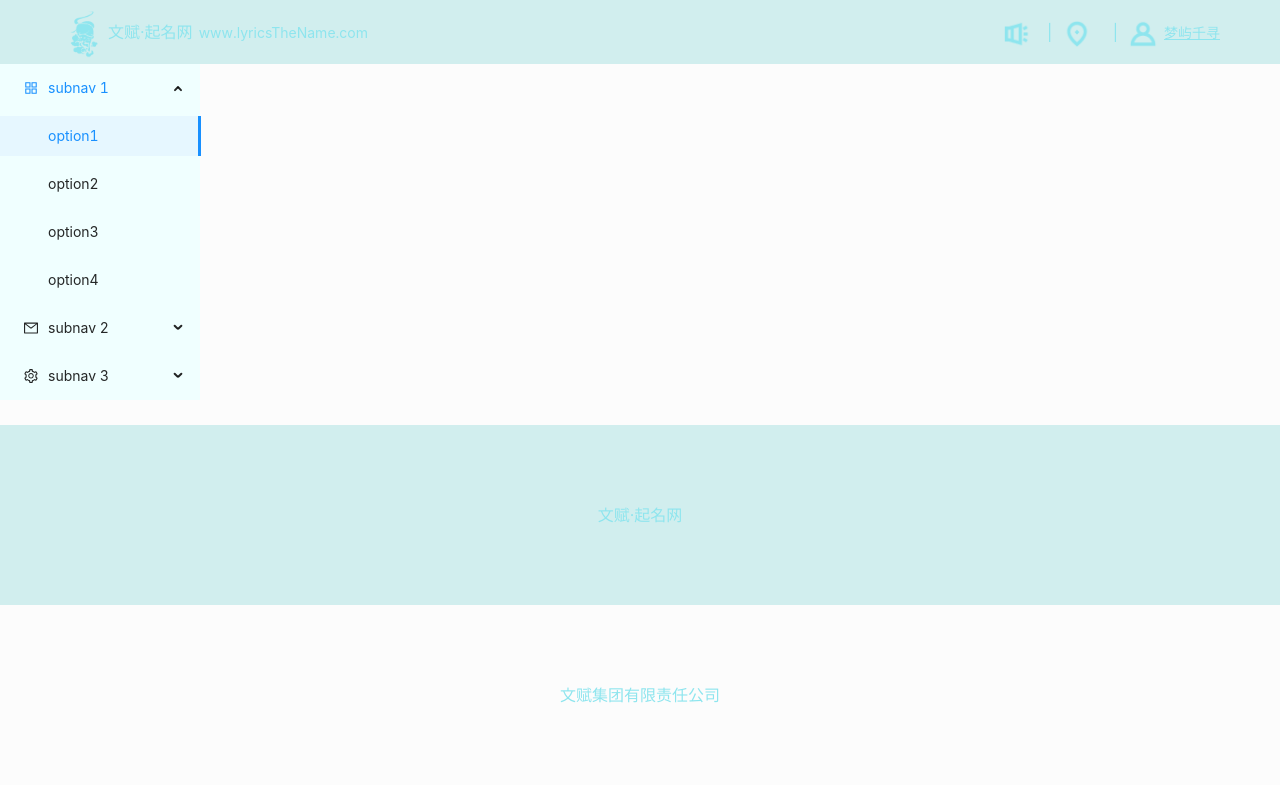
Repository: fangxueliang/react-redux-
Page: /
The author's editor kept a copy of each file at every save. The page is drawn from the files as they stood at one save, then again after the next save.
The browser window is 1280 px wide. The pictures show the whole page.
The project was rebuilt for these pictures with package versions that can differ from the ones it lists, and the page was loaded fresh each time.

Above is the page before, as saved 2020-12-30 12:47:45.

After the next save:
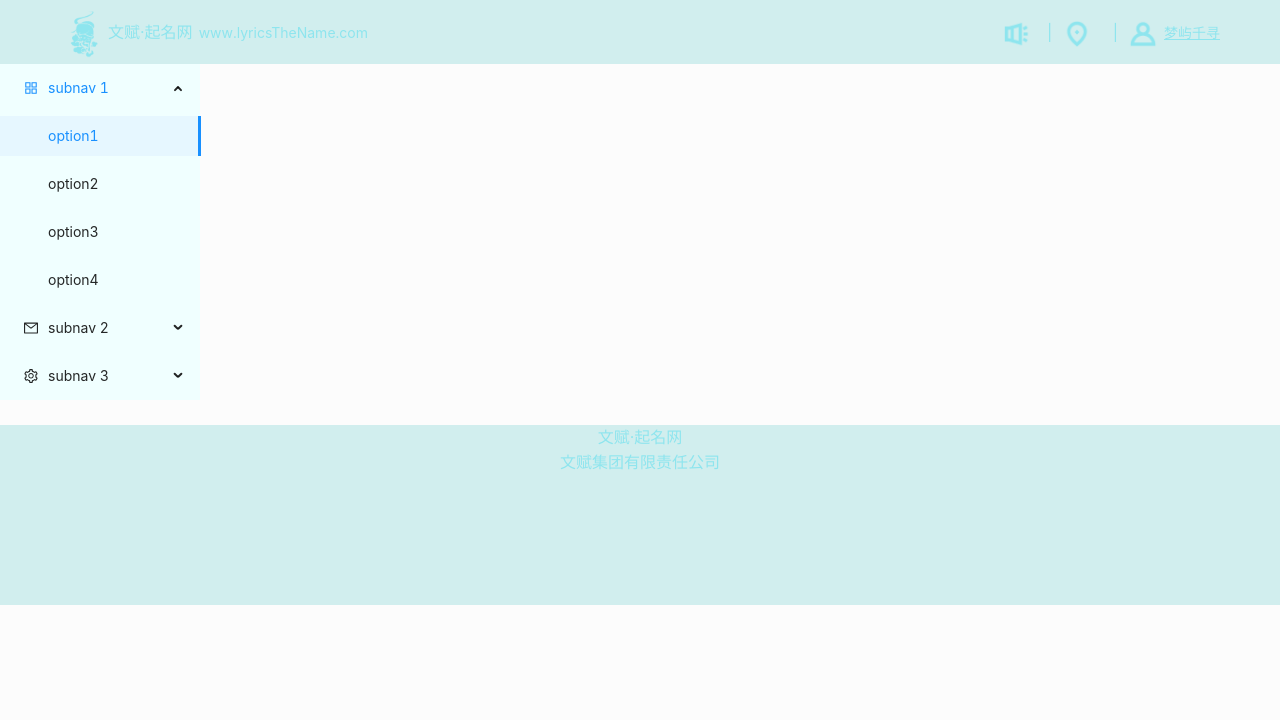
Saved 55 s later.
--- a/src/Common/CSS/layout.css
+++ b/src/Common/CSS/layout.css
@@ -12,9 +12,7 @@
 }
 
 .Home_layout .Home_footer {
-
     height: 180px;
-    line-height: 180px;
     width: 100%;
     padding: 0 60px;
     background: #D1EEEE;
